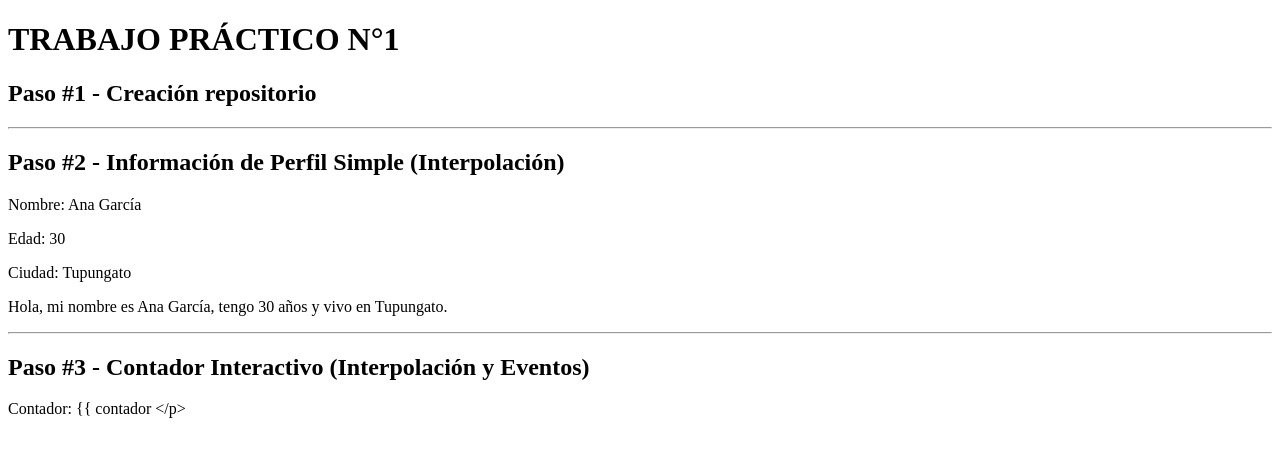
Repository: SofiaSferco/PWA
Page: practico01/index.html
These files come from the project's save history. The page is drawn as it stood at one moment and after the next save; the edit follows.
The browser window is 1280 px wide. The pictures show the whole page.

Above is the page before, as saved 2025-10-02 22:17:40.

### practico01/index.html
<!DOCTYPE html>
<html lang="en">
<head>
    <meta charset="UTF-8">
    <title>Trabajo Práctico 1</title>
    <script src="https://unpkg.com/vue@3/dist/vue.global.js"></script>
</head>
<body>
    <div id="app">
        <h1>TRABAJO PRÁCTICO N°1</h1>
        <h2>Paso #1 - Creación repositorio</h2>
        <hr>
        <h2>{{ segundopaso }}</h2>
            <p>Nombre: {{ nombre }}</p>
            <p>Edad: {{ edad }}</p>
            <p>Ciudad: {{ ciudad }}</p>
            <p>Hola, mi nombre es {{ nombre }}, tengo {{ edad }} años y vivo en {{ ciudad }}.</p>
        <hr>
        <h2>{{ tercerpaso }}</h2>
            <p>Contador: {{ contador </p>

    </div>
    <script>
        const { createApp } = Vue;
        createApp({
            data() {
                return {
                    segundopaso: 'Paso #2 - Información de Perfil Simple (Interpolación)',
                    nombre: 'Ana García',
                    edad: 30,
                    ciudad: 'Tupungato',
                    tercerpaso: 'Paso #3 - Contador Interactivo (Interpolación y Eventos)',
                    contador: 0
                }
            }
        }).mount('#app');
    </script>
</body>
</html>

After the next save:
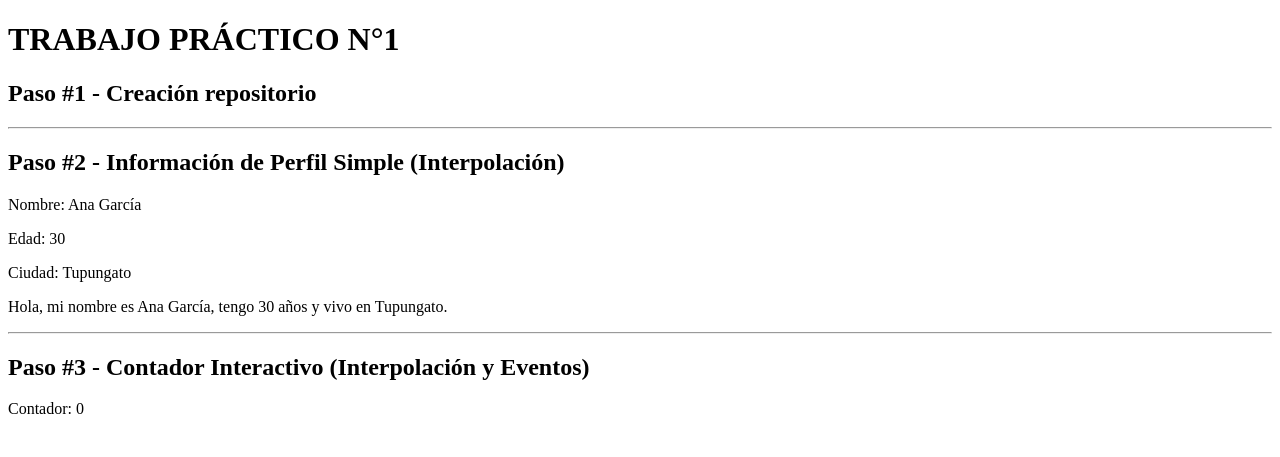
Saved 19 s later.
--- a/practico01/index.html
+++ b/practico01/index.html
@@ -17,7 +17,7 @@
             <p>Hola, mi nombre es {{ nombre }}, tengo {{ edad }} años y vivo en {{ ciudad }}.</p>
         <hr>
         <h2>{{ tercerpaso }}</h2>
-            <p>Contador: {{ contador </p>
+            <p>Contador: {{ contador }}</p>
 
     </div>
     <script>
